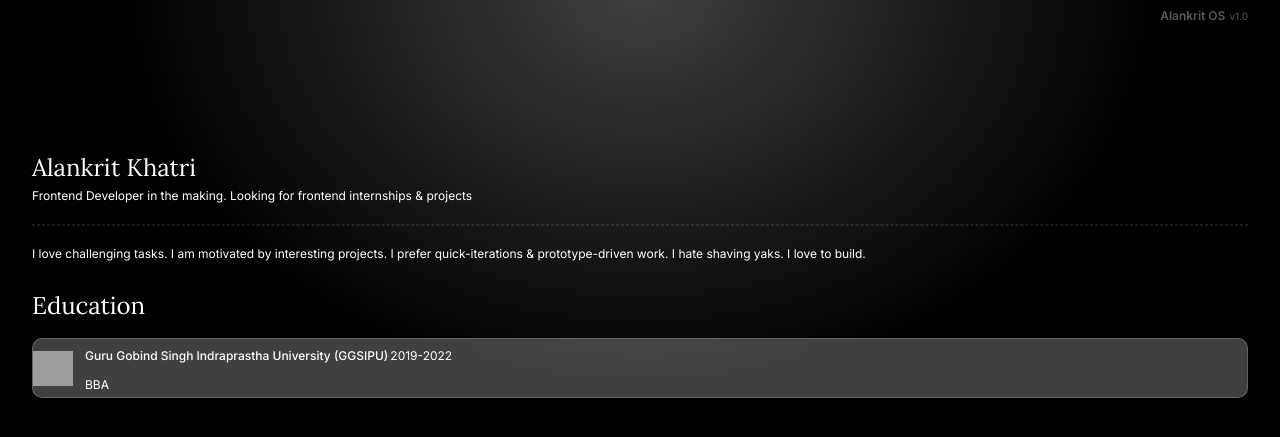
Repository: alankritkhatri/alankrit.xyz
Page: /
These files come from the project's save history. The page is drawn as it stood at one moment and after a run of saves; the edit follows.
The browser window is 1280 px wide. The pictures show the whole page.
Pictures or frames that could not be fetched are drawn as grey boxes. The project was rebuilt for these pictures with package versions that can differ from the ones it lists, and the page was loaded fresh each time. Also part of the build but not shown: vite.config.js, src/blog.jsx.

Above is the page before, as saved 2024-08-11 21:29:01.

### index.html
<!DOCTYPE html>
<html lang="en">
  <head>
    <meta charset="UTF-8" />

    <link rel="icon" type="image/svg+xml" href="/vite.svg" />
    <link rel="preconnect" href="https://fonts.googleapis.com" />
    <link rel="preconnect" href="https://fonts.gstatic.com" crossorigin />
    <link
      href="https://fonts.googleapis.com/css2?family=Inter:wght@100..900&display=swap"
      rel="stylesheet"
    />

    <link
      href="https://fonts.googleapis.com/css2?family=Lora:ital,wght@0,400..700;1,400..700&display=swap"
      rel="stylesheet"
    />
    <!-- Linkedin link -->
    <script
      src="https://platform.linkedin.com/badges/js/profile.js"
      async
      defer
      type="text/javascript"
    ></script>
<meta name="viewport" content="width=device-width, initial-scale=1.0">
    <title>AlankritOS</title>
  </head>
  <body>
    <div id="root"></div>
    <script type="module" src="/src/main.jsx"></script>
  </body>
</html>

### src/App.jsx
import "./App.css";
import { BrowserRouter as Router, Routes, Route, Link } from "react-router-dom";
import Blog from "./blog";
import Home from "./pages/Home/Home";
const App = () => {
  return (
    <div className="main">
      <Router>
        <Link to="/">
          <div className="logo">
            <h1>Alankrit OS</h1>
            <span>v1.0</span>
          </div>
        </Link>
        <Routes>
          <Route path="/" element={<Home />} />
          <Route path="blog" element={<Blog />} />
        </Routes>
      </Router>
    </div>
  );
};

export default App;

### src/App.css
* {
  margin: 0px;
  padding: 0px;
  box-sizing: border-box;
  font-family: Inter, Haettenschweiler, "Arial Narrow Bold", sans-serif;
}

body,html{
  min-height: 100vh;
background: radial-gradient(40% 400px at 50% -10px, #404040, #000000);
background-repeat: no-repeat;
}
.main {
  h1 {
    line-height: 32px;
  }
  h2 {
    line-height: 24px;
  }
  h3 {
    line-height: 16px;
  }
  p {
    line-height: 24px;
  }
  color: white;

  padding: 0px 32px;
  a {
    text-decoration: none;
  }
  .logo {
    color: rgba(126, 121, 121, 0.726);
    display: flex;
    align-items: center;
    justify-content: flex-end;
    gap: 4px;

    font-family: monospace;
    animation: flicker 2s infinite;
    h1 {
      font-size: 12px;
      font-weight: 600;
    }
    span {
      font-size: 10px;
      font-weight: 400;
    }
  }
}
/* logo flickr animation */
@keyframes flicker {
  0% {
    opacity: 0;
  }
  9% {
    opacity: 0;
  }
  10% {
    opacity: 0.5;
  }
  13% {
    opacity: 0;
  }
  20% {
    opacity: 0.5;
  }
  25% {
    opacity: 1;
  }
}

### src/pages/Home/Home.jsx
import Infosection from "../../components/Info-Section/Infosection.jsx";
import "./Home.css";
import data from "../../alankrit_data/data.json";
const Home = () => {
  return (
    <div className="home">
      <div
        className="badge-base LI-profile-badge"
        data-locale="en_US"
        data-size="medium"
        data-theme="dark"
        data-type="VERTICAL"
        data-vanity="alankrit-khatri"
        data-version="v1"
      >
        {" "}
        </div>

      <div className="about-section">
        <h1 className="name">Alankrit Khatri</h1>
        <p>
          Frontend Developer in the making. Looking for frontend internships &
          projects
        </p>
        <div className="dashed-line"></div>
        <p>
          I love challenging tasks. I am motivated by interesting projects. I
          prefer quick-iterations & prototype-driven work. I hate shaving yaks.
          I love to build.
        </p>
      </div>
      <div className="education-section">
        <h1>Education</h1>
        <Infosection {...data} />




        {console.log(data)}
      </div>
    </div>
  );
};

export default Home;

### src/components/Info-Section/Infosection.jsx
import "./infoSection.css";
const Infosection = (props) => {
  return (
    <>
      <div className="infosection-details">
        <img
          src={props[0].educationDetails.bachelors.logo}
          alt=""
          style={{ width: "40px", height: "35px" }}
        />
        <div className=" infosection-info">
          <div className="infosection-info-top ">
            <h2 style={{ opacity: "1", fontWeight: "500" }}>
              {props[0].educationDetails.bachelors.schoolName}
            </h2>
            <div className="dashed-line"></div>
            <h2> {props[0].educationDetails.bachelors.schoolYears} </h2>
          </div>

          <div className="infosection-info-bottom">
            <h2> {props[0].educationDetails.bachelors.course}</h2>
          </div>
        </div>
      </div>
    </>
  );
};

export default Infosection;

### src/pages/Home/Home.css
.home {
  margin: 96px 0px;
  display: flex;
  flex-direction: column;
  gap: 24px;
  /* dashed line  */
  .dashed-line {
    margin: 16px 0px;
    opacity: 0.1;
    border-width: 1px;
    border-style: dashed;
    color: rgb(255 255 255);
  }
  .hide {
    display: none;
  }
  h1 {
    font-family: "Lora", serif;
    font-size: 24px;
    font-weight: 400;
  }
  h2 {
    font-size: 12px;
    font-style: normal;
    font-weight: 400;
  }
  h3 {
    font-size: 10px;
    font-style: normal;
    font-weight: 300;
  }
  p {
    font-size: 12px;
  }
  .about-section {
    display: flex;
    flex-direction: column;
    .name {
      line-height: 32px;
    }
  }
}

### src/alankrit_data/data.json
[
  {
    "educationDetails": {
      "className": "education-details",
      "bachelors": {
        "schoolName": "Guru Gobind Singh Indraprastha University (GGSIPU)",
        "schoolYears": "2019-2022",
        "course": "BBA",
        "logo": "https://encrypted-tbn0.gstatic.com/images?q=tbn:ANd9GcRM9GNTFenU_T9caTwA63o86iaVHMnf9eeEPw&s"
      },
      "masters": {
        "schoolName": "Guru Gobind Singh Indraprastha University (GGSIPU)",
        "schoolYears": "2019-2022",
        "logo": "https://encrypted-tbn0.gstatic.com/images?q=tbn:ANd9GcRM9GNTFenU_T9caTwA63o86iaVHMnf9eeEPw&s"
      }
    }
  }
]

### src/components/Info-Section/infoSection.css
.infosection-details {
  background: rgba(255, 255, 255, 0.25);
  -webkit-backdrop-filter: blur(4px);
  border-radius: 10px;
  border: 1px solid rgba(255, 255, 255, 0.18);
  backdrop-filter: blur(10px);
  backdrop-filter: saturate(180%) blur(10px);
  display: flex;
  align-items: center;
  gap: 12px;
  margin: 16px 0px;

  .infosection {
    width: 100%;
    min-width: 80%;
    * {
      line-height: 16px;
    }
    h3 {
      letter-spacing: -0.26px;
      opacity: 0.5;
    }
    h2 {
      opacity: 0.5;
    }
  }
  .infosection-info-top {
    display: flex;
    justify-content: space-between;
    align-items: center;
  }
}

Loaded but not shown: src/main.jsx (common file)

After the next 2 saves:
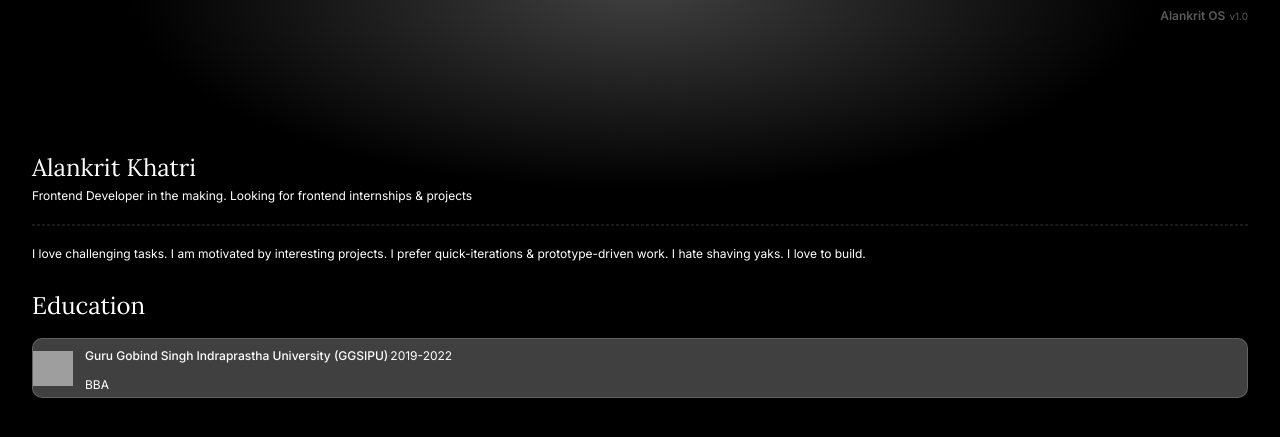
The 2 saves are shown as one change because they came seconds apart.
The last was saved 7 s later.
--- a/src/App.css
+++ b/src/App.css
@@ -7,7 +7,7 @@
 
 body,html{
   min-height: 100vh;
-background: radial-gradient(40% 400px at 50% -10px, #404040, #000000);
+background: radial-gradient(40% 200px at 50% -10px, #404040, #000000);
 background-repeat: no-repeat;
 }
 .main {
